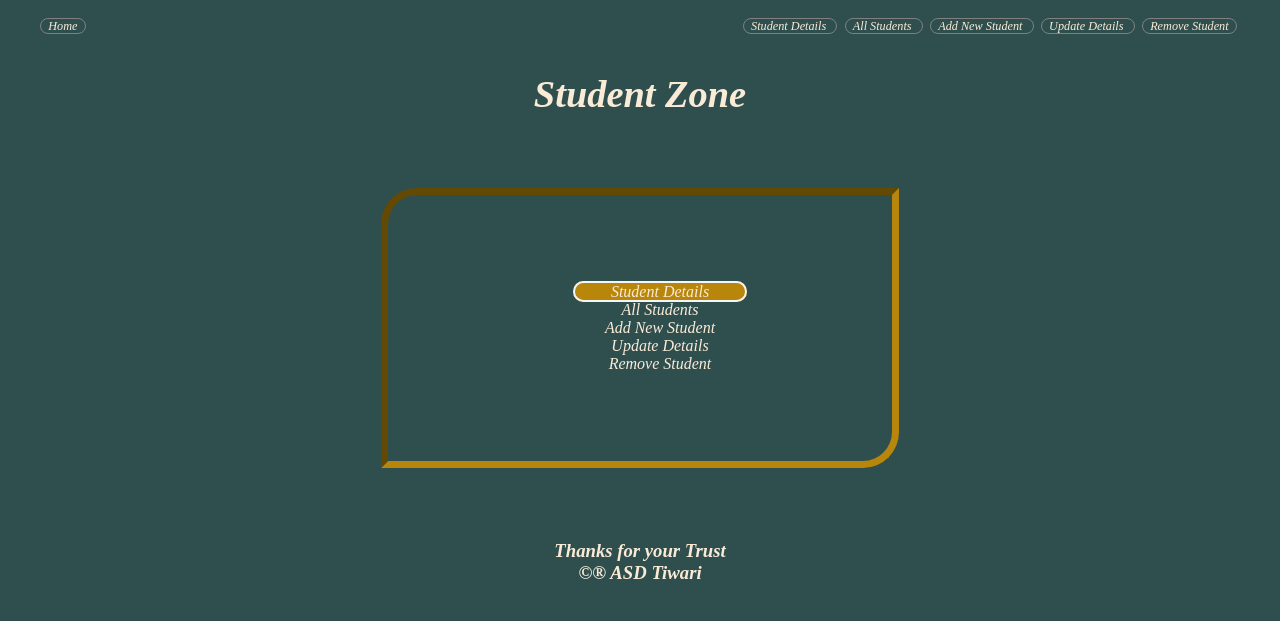
Repository: asdtiwari/Practice
Page: http://localhost/index
These files come from the project's save history. The page is drawn as it stood at one moment and after the next save; the edit follows.
The browser window is 1280 px wide. The pictures show the whole page.
The pointer rests on the first visible `.menu`.
The page is this project's Thymeleaf template; nobody is signed in. The template is opened directly, without the code that normally fills it, so the values that code supplies are empty.

Above is the page before, as saved 2023-11-17 12:14:18.

After the next save:
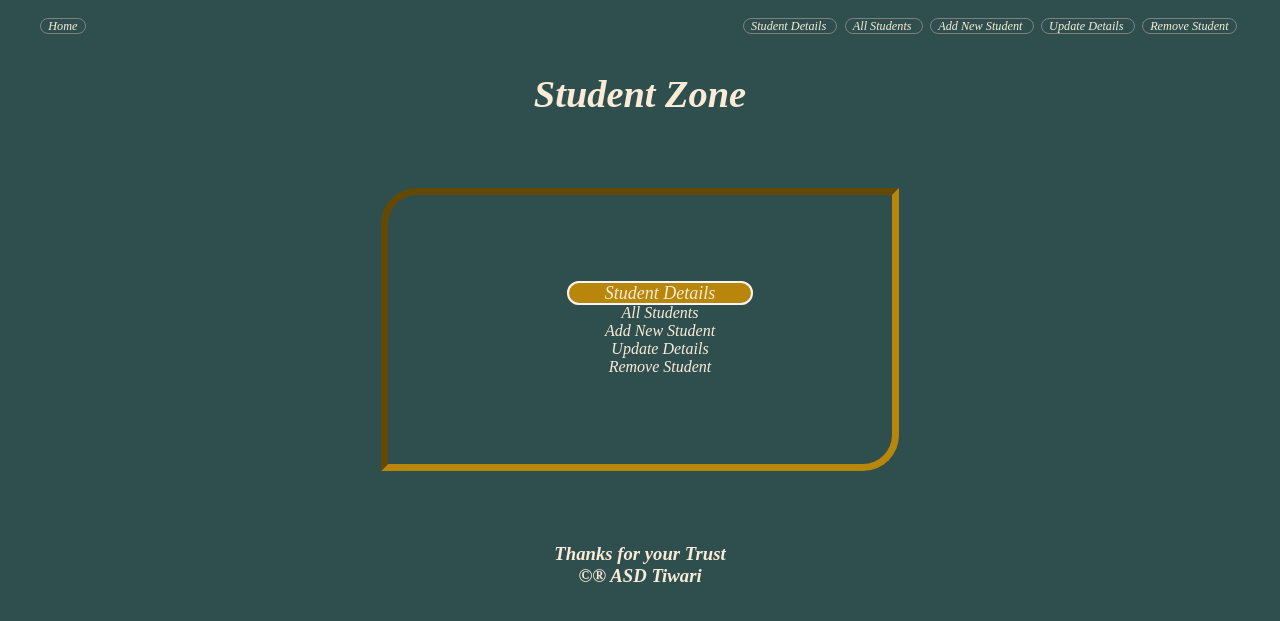
Saved 12 s later.
--- a/DiwaliProjectSTS/studentZone/src/main/resources/templates/index.html
+++ b/DiwaliProjectSTS/studentZone/src/main/resources/templates/index.html
@@ -88,7 +88,7 @@
                 padding-left: 5vh;
                 padding-right: 5vh;
 
-                font-size: medium;
+                font-size: large;
             }
 
             .footer{
